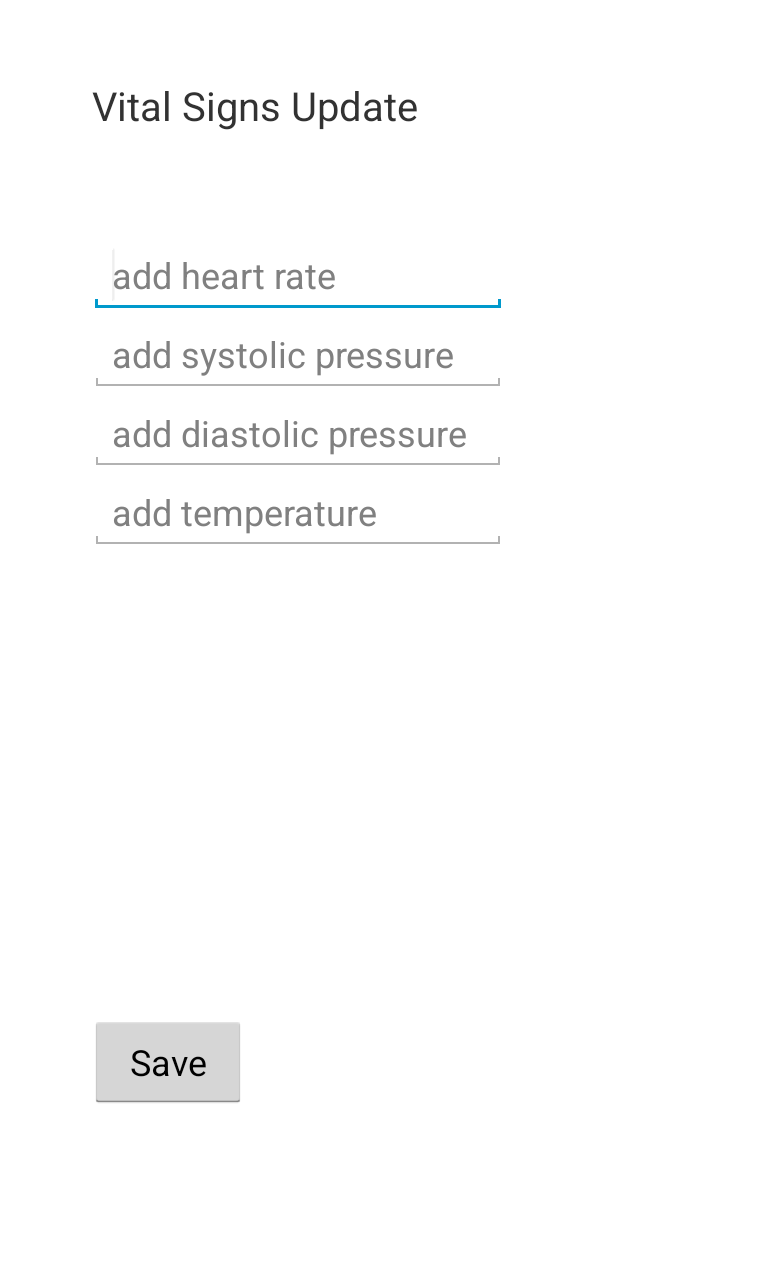
Repository: jackys-95/Aloha
Layout: app/Phase 2/res/layout/activity_vital_signs_update.xml
An editor plug-in stored every save of this project. The layout is shown before and after the next save, followed by the edit.
It is drawn on a 768 x 1280 px phone screen (xhdpi) without system bars, with theme AppTheme; the app's code is not run.

Above is the layout before, as saved 2014-11-05 01:11:27.

After the next save:
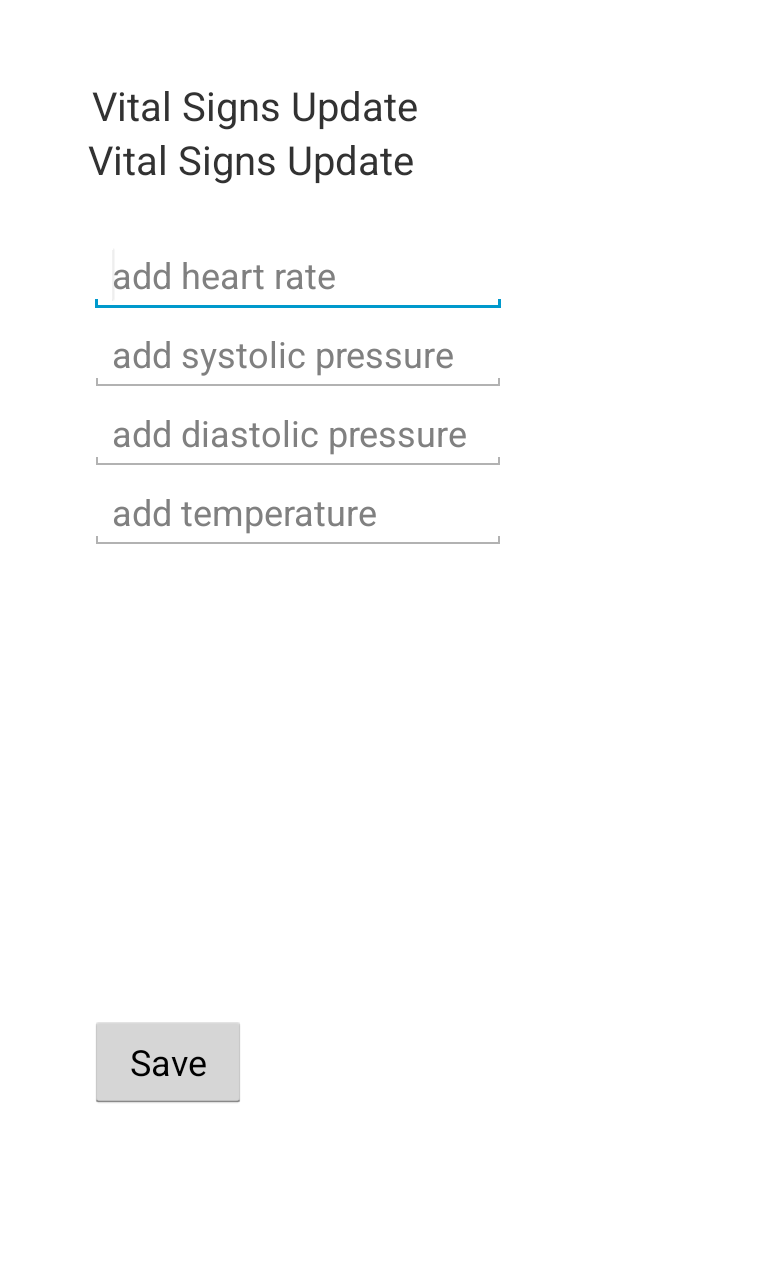
Saved 10 min 27 s later.
--- a/app/Phase 2/res/layout/activity_vital_signs_update.xml
+++ b/app/Phase 2/res/layout/activity_vital_signs_update.xml
@@ -76,4 +76,13 @@
         android:hint="@string/addTemperature"
         android:inputType="number" />
 
+    <TextView
+        android:id="@+id/CurrentTime"
+        android:layout_width="wrap_content"
+        android:layout_height="wrap_content"
+        android:layout_alignLeft="@+id/editText4"
+        android:layout_below="@+id/Date"
+        android:text="@string/VitalSignsUpdate"
+        android:textSize="20sp" />
+
 </RelativeLayout>
